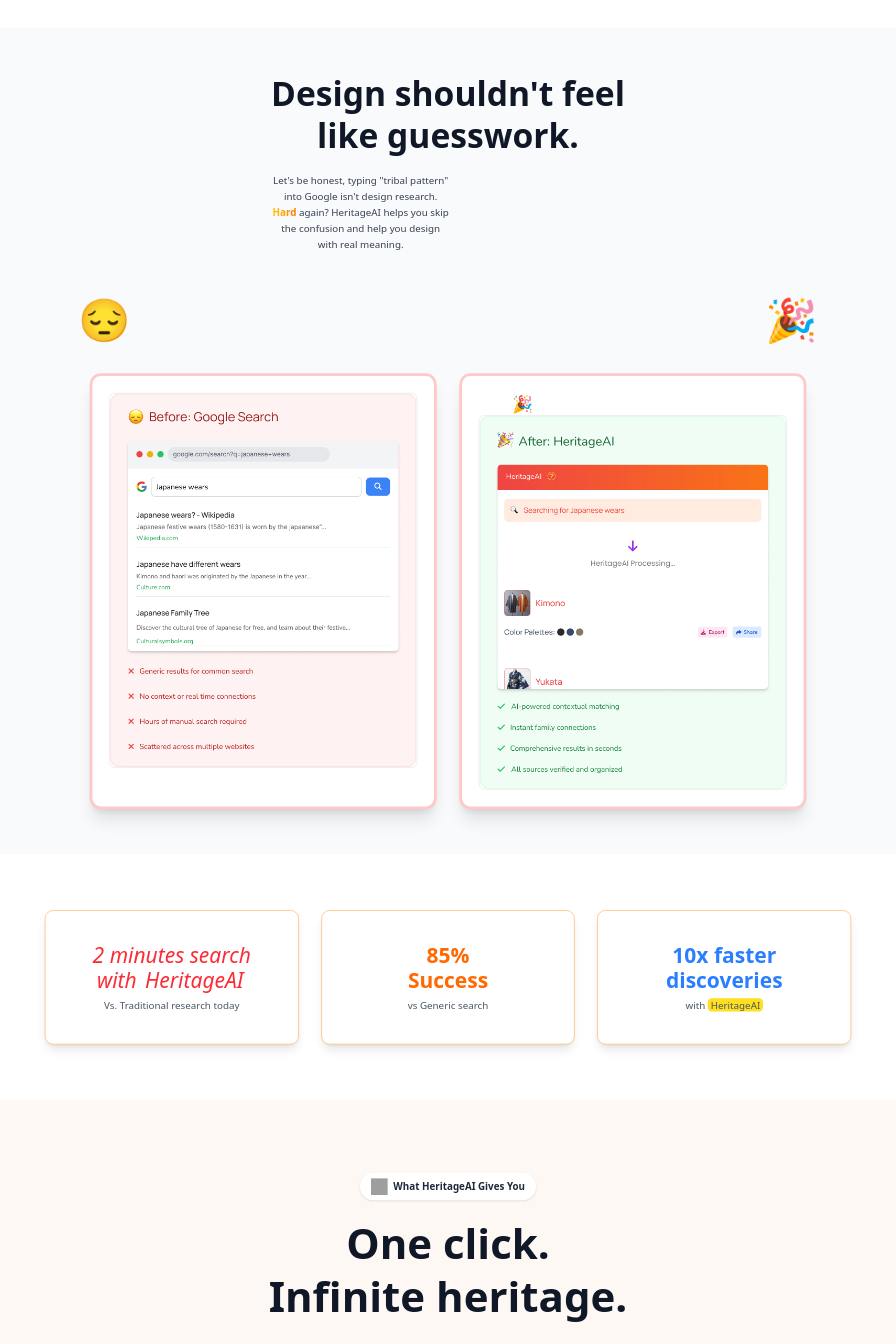
Repository: Em-driod/Heritage
Page: /
These files come from the project's save history. The page is drawn as it stood at one moment and after the next save; the edit follows.
The browser window is 1280 px wide. The pictures show the part of the page from y = 913 to 2833 px (the page is 5857 px tall before and 5831 px after), at 70% of full size.
Pictures or frames that could not be fetched are drawn as grey boxes. The project was rebuilt for these pictures with package versions that can differ from the ones it lists, and the page was loaded fresh each time. Also part of the build but not shown: vite.config.ts.

Above is the page before, as saved 2025-07-08 18:34:58.

### src/App.tsx
// src/App.tsx
import React from 'react';
import { BrowserRouter as Router, Route, Routes } from 'react-router-dom';
import Home from './pages/House';



const App: React.FC = () => {
  return (
    <Router>
      <div>


        <Routes>
          <Route path="/" element={<Home />} />


        </Routes>
      </div>
    </Router>
  );
};

export default App;

### src/pages/House.tsx
import Hero from "../components/Hero"
import Landsecont from "../components/landsecont"
import Landthird from "../components/landthird"
import Landfourth from "../components/landfourth"
import Landfifth from "../components/landfifth"

const Home = () => {
  return (
    <div>
      <Hero />
      <Landsecont />
      <Landthird />
     <Landfourth />
     <Landfifth />
    </div>
  )
}

export default Home

### src/components/Hero.tsx
import React, { useState, useEffect } from 'react';

// Define the type for an asset, which is good practice in TypeScript
interface Asset {
  src: string;
  label: string;
}

const Hero: React.FC = () => {
  const [selectedCulture, setSelectedCulture] = useState<string>('Yoruba'); // Default to Yoruba
  const [isLoading, setIsLoading] = useState<boolean>(false);
  const [generatedAssets, setGeneratedAssets] = useState<Asset[]>([]); // State to hold generated assets
  const [showAmalaSpecificLoading, setShowAmalaSpecificLoading] = useState<boolean>(false); // New state for Amala specific loading

  // Function to simulate fetching assets based on culture
  const fetchGeneratedAssets = (cultureParam: string) => {
    setIsLoading(true); // Set general loading to true when fetching starts

    // Reset Amala specific loading if we're not loading Yoruba or if it's already visible
    // This helps ensure the Amala specific loader doesn't flash if you quickly switch back and forth
    // or if it was still active from a previous load.
    setShowAmalaSpecificLoading(false);


    // Simulate an API call or data loading delay
    setTimeout(() => {
      let assetsData: Asset[] = [];
      if (cultureParam === 'Yoruba') {
        assetsData = [
          { src: "/obatala.png", label: "Obatala" },
          { src: "/amala.png", label: "Amala" },
          { src: "/osun.png", label: "Oshun" },
        ];
      } else if (cultureParam === 'Igbo') {
        assetsData = [
          { src: "/path-to-igbo-asset1.jpg", label: "Odinani" },
          { src: "/path-to-igbo-asset2.jpg", label: "Agbogho Mmuo" },
          { src: "/path-to-igbo-asset3.jpg", label: "Igbo Ukwu" },
        ];
      } else if (cultureParam === 'Japanese') {
        assetsData = [
          { src: "/path-to-japanese-asset1.jpg", label: "Geisha" },
          { src: "/path-to-japanese-asset2.jpg", label: "Samurai" },
          { src: "/path-to-japanese-asset3.jpg", label: "Sakura" },
        ];
      }
      setGeneratedAssets(assetsData);
      setIsLoading(false); // Set general loading to false when fetching completes

      // Trigger Amala specific loading ONLY if Yoruba was selected AND it's the first time
      // or a subsequent load where we want this specific effect.
      if (cultureParam === 'Yoruba') {
        setShowAmalaSpecificLoading(true);
        setTimeout(() => {
          setShowAmalaSpecificLoading(false); // Make it disappear after 2 seconds
        }, 5000); // 2 seconds
      }

    }, 1500); // Simulate 1.5 second general loading time
  };

  // Effect to fetch assets when the component mounts or selectedCulture changes
  useEffect(() => {
    fetchGeneratedAssets(selectedCulture);
  }, [selectedCulture]);

  const handleCultureSelect = (cultureName: string) => {
    setSelectedCulture(cultureName);
  };

  // Skeleton Loader for Generated Assets (general purpose)
  const SkeletonLoader: React.FC = () => (
    <div className="space-y-4">
      {[1, 2, 3].map((_, index) => (
        <div key={index} className="flex items-center justify-between animate-pulse">
          <div className="flex items-center space-x-3">
            <div className="w-12 h-12 rounded-lg bg-gray-200"></div>
            <div className="h-4 bg-gray-200 rounded w-24"></div>
          </div>
          <div className="flex space-x-2">
            <div className="h-8 bg-gray-200 rounded w-16"></div>
            <div className="h-8 bg-gray-200 rounded w-16"></div>
          </div>
        </div>
      ))}
    </div>
  );

  // Specific Amala Loading Component - now with an image!
const AmalaSpecificLoader: React.FC = () => (
  <div className="flex flex-col justify-center bg-gray-50 p-4 rounded-lg border border-gray-200 text-sm text-gray-800 space-y-4">
    <p><span className="font-semibold text-red-500">Symbol:</span> Symbolic of earthiness, heritage, and resilience.</p>
    <p><span className="font-semibold text-red-500 items-start">Color:</span> Dark Brown/Charcoal</p>
    <p><span className="font-semibold text-red-500">Made From:</span> Elubo (yam flour), sometimes cassava flour or plantain.</p>
    <p><span className="font-semibold text-red-500">Regions Known For It:</span> Deeply rooted in Oyo, Osun, Ibadan. Especially beloved in Ibadan, where people.</p>
    <p><span className="font-semibold text-red-500">Enjoyed With:</span> Typically served with ewedu, gbegiri, and obe ata.</p>
    <p className="italic text-gray-600">Sometimes called the “Yoruba national combo.”</p>
  </div>
);



  return (
    <div className="py-4 sm:py-8 md:py-12 lg:py-24">
      <div
        className="relative flex justify-center items-center min-h-screen text-center px-4 sm:px-8 md:px-16 lg:px-24 py-16"
        style={{
          backgroundImage: "url('/hero.png')",
          backgroundSize: "cover",
          backgroundPosition: "center",
          backgroundRepeat: "no-repeat",
        }}
      >
        {/* Optional overlay to add a subtle tint over the background */}
        <div className="absolute inset-0 bg-gradient-to-br from-gray-50 via-white to-purple-50 opacity-80 z-0" />

        {/* Main content wrapper */}
        <div className="relative z-10 container mx-auto flex flex-col lg:flex-row items-center lg:items-start justify-center gap-8 lg:gap-12 max-w-7xl">
          {/* Left Section: Text and Button */}
          <div className="flex flex-col items-center lg:items-start text-center lg:text-left max-w-full lg:max-w-xl px-4 sm:px-0">
            <h1 className="text-4xl md:text-4xl lg:text-5xl font-bold leading-tight text-gray-900 mb-4">
              Ancient Stories.
              <br />Modern Design.
            </h1>
            <p className="text-4xl md:text-4xl lg:text-5xl font-serif italic text-gray-900 mb-8">
              Instantly.
            </p>
            <p className="text-base sm:text-lg text-gray-700 mb-10 max-w-md">
              Bring ancient patterns, bold colors, and deep meaning into every pixel automatically.
            </p>
            <button className="flex items-center px-6 py-3 sm:px-8 sm:py-4 bg-gradient-to-r from-red-500 to-orange-500 text-white font-semibold rounded-lg shadow-lg hover:shadow-xl transition duration-300 transform hover:scale-105">
              <svg className="w-5 h-5 mr-2" fill="currentColor" viewBox="0 0 20 20">
                <path fillRule="evenodd" d="M10 18a8 8 0 100-16 8 8 0 000 16zM9.555 7.168A1 1 0 008 8v4a1 1 0 001.555.832l3-2a1 1 0 000-1.664l-3-2z" clipRule="evenodd" />
              </svg>
              Try Beta Free
            </button>
          </div>

          {/* Right Section: White Card with UI Elements */}
          <div className="bg-white rounded-xl -translate-y-16 shadow-2xl p-6 top-0 sm:p-8 w-full max-w-md lg:max-w-lg mt-8 lg:mt-0">
            <h2 className="text-lg sm:text-xl font-semibold text-gray-800 mb-6">Select Culture</h2>
            <div className="grid grid-cols-2 sm:grid-cols-3 gap-3 mb-8">
              {/* Yoruba Culture Button with Image */}
              <button
                className={`relative flex items-center justify-center p-3 rounded-md text-sm font-medium text-white h-20 overflow-hidden ${selectedCulture === 'Yoruba' ? 'ring-2 ring-purple-500 ring-offset-2' : ''}`}
                onClick={() => handleCultureSelect('Yoruba')}
              >
                <img src="/yoruba.png" alt="Yoruba Culture" className="absolute inset-0 w-full h-full object-cover" />
                <div className="absolute inset-0  bg-opacity-40 flex items-center justify-center">
                  {/* Yoruba */}
                </div>
              </button>

              {/* Igbo Culture Button with Image */}
              <button
                className={`relative flex items-center justify-center p-3 rounded-md text-sm font-medium text-white h-20 overflow-hidden ${selectedCulture === 'Igbo' ? 'ring-2 ring-purple-500 ring-offset-2' : ''}`}
                onClick={() => handleCultureSelect('Igbo')}
              >
                <img src="/igbo.png" alt="Igbo Culture" className="absolute inset-0 w-full h-full object-cover" />
                <div className="absolute inset-0 bg-opacity-40 flex items-center justify-center">
                  {/* Igbo */}
                </div>
              </button>

              {/* Japanese Culture Button with Image */}
              <button
                className={`relative flex items-center justify-center p-3 rounded-md text-sm font-medium text-white h-20 overflow-hidden ${selectedCulture === 'Japanese' ? 'ring-2 ring-purple-500 ring-offset-2' : ''}`}
                onClick={() => handleCultureSelect('Japanese')}
              >
                <img src="/japan.png" alt="Japanese Culture" className="absolute inset-0 w-full h-full object-cover" />
                <div className="absolute inset-0 bg-opacity-40 flex items-center justify-center">
                  {/* Japanese */}
                </div>
              </button>
            </div>

            <div className="flex flex-col items-center mb-6">
              <svg className="w-6 h-6 text-purple-600 mb-2" fill="none" stroke="currentColor" viewBox="0 0 24 24">
                <path strokeLinecap="round" strokeLinejoin="round" strokeWidth="2" d="M19 14l-7 7m0 0l-7-7m7 7V3" />
              </svg>
              <span className="bg-yellow-200 text-yellow-800 text-xs font-semibold px-2.5 py-0.5 rounded-full">Her</span>
            </div>

            <h2 className="text-lg sm:text-xl font-semibold text-gray-800 mb-4">Generated Assets</h2>
            {/* The general skeleton loader still appears first */}
            {isLoading ? (
                 <SkeletonLoader />
            ) : (
              <div className="space-y-4 mb-8">
                {generatedAssets.map((asset) => ( // Changed from { src, label } to asset for clarity
                  <React.Fragment key={asset.label}> {/* Using asset.label for key */}
                    <div className="flex items-center justify-between">
                      <div className="flex items-center space-x-3">
                        <img src={asset.src} alt={asset.label} className="w-12 h-12 rounded-lg object-cover" />
                        <span className="text-gray-800 font-medium">{asset.label}</span>
                      </div>
                      <div className="flex flex-col sm:flex-row space-y-2 sm:space-y-0 sm:space-x-2 text-sm">
                        <button className="px-3 py-1 border border-pink-200 text-pink-600 rounded-md hover:bg-pink-50">Export</button>
                        <button className="px-3 py-1 border border-pink-200 text-pink-600 rounded-md hover:bg-pink-50">Share</button>
                      </div>
                    </div>
                    {/* Insert Amala specific loading image here */}
                    {asset.label === 'Amala' && selectedCulture === 'Yoruba' && showAmalaSpecificLoading && (
                      <AmalaSpecificLoader />
                    )}
                  </React.Fragment>
                ))}
              </div>
            )}

            <h2 className="text-lg sm:text-xl font-semibold text-gray-800 mb-4">Color Palette</h2>
            <div className="flex flex-col sm:flex-row items-center justify-between space-y-4 sm:space-y-0">
              <div className="flex space-x-2">
                <button
                  className="w-8 h-8 rounded-full border border-gray-300 bg-cover bg-center"
                  style={{ backgroundImage: "url('/path-to-yellow-palette-image.png')" }}
                  aria-label="Yellow Color Palette"
                ></button>
                <button
                  className="w-8 h-8 rounded-full border border-gray-300 bg-cover bg-center"
                  style={{ backgroundImage: "url('/path-to-dark-palette-image.png')" }}
                  aria-label="Dark Gray Color Palette"
                ></button>
              </div>
              <div className="flex space-x-2 text-sm">
                <button className="px-3 py-1 border border-pink-200 text-pink-600 rounded-md hover:bg-pink-50">Export</button>
                <button className="px-3 py-1 border border-pink-200 text-pink-600 rounded-md hover:bg-pink-50">Share</button>
              </div>
            </div>
          </div>
        </div>
      </div>
    </div>
  );
};

export default Hero;

### src/components/landsecont.tsx
const Landsecont = () => {
  return (
    <div className="flex flex-col items-center justify-center min-h-screen bg-gray-50 py-16 px-4 sm:px-6 lg:px-8">
      {/* Top Section: Main Heading and Subheading */}
      <div className="text-center mb-16 max-w-4xl mx-auto">
        <h1 className="text-4xl sm:text-5xl lg:text-5xl font-bold text-gray-900 leading-tight">
          Design shouldn't feel
          <br />
          like guesswork.
        </h1>
        <p className="mt-6 text-sm sm:text-sm w-64 text-gray-700 leading-relaxed">
          Let's be honest, typing "tribal pattern" into Google
          isn't design research.
          <span className="font-bold bg-gradient-to-r from-yellow-400 to-orange-500 text-transparent bg-clip-text"> Hard </span>
          again? HeritageAI helps you skip the
          confusion and help you design with real meaning.
        </p>
      </div>

      {/* Middle Section: Emojis */}
      <div className="flex justify-between w-full max-w-5xl px-8 mb-12">
        <span role="img" aria-label="sad face" className="text-6xl -translate-x-12">
          😔
        </span>
        <span role="img" aria-label="party popper" className="text-6xl translate-x-12">
          🎉
        </span>
      </div>

      {/* Bottom Section: Before & After Cards */}
      <div className="flex flex-col lg:flex-row justify-center items-stretch gap-8 w-full max-w-5xl">
        {/* Left Column: Before Google Search */}
        <div className="bg-white rounded-2xl shadow-xl flex-1 border-4 border-red-200 p-6 flex flex-col">

          <img
            src="/afre.png"
            alt="Google Search Screenshot"
            className="rounded-lg border border-gray-200 w-full object-cover"
          />
        </div>

        {/* Right Column: After HeritageAI */}
            <div className="bg-white rounded-2xl shadow-xl flex-1 border-4 border-red-200 p-6 flex flex-col">
                <span role="img" aria-label="party popper" className="text-2xl translate-x-12">
          🎉
        </span>

          <img
            src="/reaf.png"
            alt="Google Search Screenshot"
            className="rounded-lg border border-gray-200 w-full object-cover"
          />
        </div>
      </div>
    </div>
  );
};

export default Landsecont;

### src/components/landthird.tsx


const Landthird = () => {
  return (
    <div className="flex justify-center items-center py-20 px-4 sm:px-6 lg:px-8 bg-white">
      <div className="flex flex-col lg:flex-row items-center justify-center gap-8 w-full max-w-6xl">

        {/* Card 1: 2 minutes search */}
        <div className="flex-1 bg-white border border-orange-300 rounded-xl shadow-lg p-6 text-center h-48 flex flex-col justify-center transition-transform duration-300 hover:scale-105">
          <p className="text-3xl italic  text-red-500 mb-2">
            2 minutes search
            <br />
            with <span className=" px-1 rounded-md">HeritageAI</span>
          </p>
          <p className="text-sm text-gray-600">
            Vs. Traditional research today
          </p>
        </div>

        {/* Card 2: 85% Success */}
        <div className="flex-1 bg-white border border-orange-300 rounded-xl shadow-lg p-6 text-center h-48 flex flex-col justify-center transition-transform duration-300 hover:scale-105">
          <p className="text-3xl font-bold text-orange-500 mb-2">
            85%
            <br />
            Success
          </p>
          <p className="text-sm text-gray-600">
            vs Generic search
          </p>
        </div>

        {/* Card 3: 10x faster discoveries */}
        <div className="flex-1 bg-white border border-orange-300 rounded-xl shadow-lg p-6 text-center h-48 flex flex-col justify-center transition-transform duration-300 hover:scale-105">
          <p className="text-3xl font-bold text-blue-500 mb-2">
            10x faster
            <br />
            discoveries
          </p>
          <p className="text-sm text-gray-600">
            with <span className="bg-yellow-300 px-1 rounded-md">HeritageAI</span>
          </p>
        </div>

      </div>
    </div>
  );
};

export default Landthird;

### src/components/landfourth.tsx


const Landfourth = () => {
  return (
    <div className="bg-[#fef8f5] min-h-screen flex flex-col items-center justify-center py-20 px-4 sm:px-6 lg:px-8">
      {/* Top Section: What HeritageAI Gives You */}
      <div className="text-center mb-16">
        <div className="inline-flex items-center bg-white rounded-full py-2 px-4 shadow-sm mb-6">
          <img
            src="/path-to-heritageai-icon.png" // Placeholder, replace with your actual icon path
            alt="HeritageAI Icon"
            className="w-6 h-6 mr-2"
          />
          <span className="text-sm font-semibold text-gray-800">What HeritageAI Gives You</span>
        </div>
        <h1 className="text-5xl sm:text-6xl font-bold text-gray-900 leading-tight">
          One click.
          <br />
          Infinite heritage.
        </h1>
      </div>

      {/* Cards Section */}
      <div className="grid grid-cols-1 md:grid-cols-2 lg:grid-cols-4 gap-8 max-w-6xl w-full">

        {/* Card 1: Design kits */}
        <div className="bg-white rounded-2xl shadow-lg p-6 flex flex-col items-start text-left">
          <img
            src="/path-to-design-kits-icon.png" // Placeholder, replace with your actual icon path
            alt="Design kits icon"
            className="w-12 h-12 mb-4"
          />
          <h3 className="text-xl font-semibold text-gray-900 mb-2">Design kits</h3>
          <p className="text-gray-600 text-sm mb-4">
            Ready to use palettes, icons
            <br />
            textures
          </p>
          <div className="flex space-x-2 mt-auto">
            <div className="w-8 h-8 rounded-full bg-pink-500 border-2 border-white shadow"></div>
            <div className="w-8 h-8 rounded-full bg-cyan-500 border-2 border-white shadow"></div>
            <div className="w-8 h-8 rounded-full bg-purple-500 border-2 border-white shadow"></div>
          </div>
        </div>

        {/* Card 2: Cultural Context */}
        <div className="bg-white rounded-2xl shadow-lg p-6 flex flex-col items-start text-left">
          <img
            src="/path-to-cultural-context-icon.png" // Placeholder, replace with your actual icon path
            alt="Cultural Context icon"
            className="w-12 h-12 mb-4"
          />
          <h3 className="text-xl font-semibold text-gray-900 mb-2">Cultural Context</h3>
          <p className="text-gray-600 text-sm mb-4">
            Every visual comes with a short
            <br />
            short or symbol meaning
          </p>
          <div className="flex items-center text-gray-700 font-medium mt-auto">
            <svg className="w-5 h-5 mr-2 text-gray-500" fill="currentColor" viewBox="0 0 20 20" xmlns="http://www.w3.org/2000/svg">
              <path fillRule="evenodd" d="M4 4a2 2 0 012-2h4.586A2 2 0 0112 2.414L14.586 5A2 2 0 0115 6.414V16a2 2 0 01-2 2H6a2 2 0 01-2-2V4zm2 6a1 1 0 011-1h6a1 1 0 110 2H7a1 1 0 01-1-1zm1 3a1 1 0 100 2h6a1 1 0 100-2H7z" clipRule="evenodd"></path>
            </svg>
            Rich storytelling
          </div>
        </div>

        {/* Card 3: Export Ready */}
        <div className="bg-white rounded-2xl shadow-lg p-6 flex flex-col items-start text-left">
          <img
            src="/path-to-export-ready-icon.png" // Placeholder, replace with your actual icon path
            alt="Export Ready icon"
            className="w-12 h-12 mb-4"
          />
          <h3 className="text-xl font-semibold text-gray-900 mb-2">Export Ready</h3>
          <p className="text-gray-600 text-sm mb-4">
            Use in Figma, Canva, Webflow,
            <br />
            or even download
          </p>
          <div className="flex space-x-2 mt-auto">
            <img src="/path-to-figma-icon.png" alt="Figma icon" className="w-8 h-8" /> {/* Placeholder */}
            <img src="/path-to-canva-icon.png" alt="Canva icon" className="w-8 h-8" /> {/* Placeholder */}
            <img src="/path-to-webflow-icon.png" alt="Webflow icon" className="w-8 h-8" /> {/* Placeholder */}
          </div>
        </div>

        {/* Card 4: More Than Visuals */}
        <div className="bg-white rounded-2xl shadow-lg p-6 flex flex-col items-start text-left">
          <img
            src="/path-to-more-than-visuals-icon.png" // Placeholder, replace with your actual icon path
            alt="More Than Visuals icon"
            className="w-12 h-12 mb-4"
          />
          <h3 className="text-xl font-semibold text-gray-900 mb-2">More Than Visuals</h3>
          <p className="text-gray-600 text-sm mb-4">
            Build brand identity rooted in
            <br />
            something real.
          </p>
          <div className="flex items-center text-gray-700 font-medium mt-auto">
            <svg className="w-5 h-5 mr-2 text-gray-500" fill="currentColor" viewBox="0 0 20 20" xmlns="http://www.w3.org/2000/svg">
              <path fillRule="evenodd" d="M10 18a8 8 0 100-16 8 8 0 000 16zm3.707-9.293a1 1 0 00-1.414-1.414L9 10.586 7.707 9.293a1 1 0 00-1.414 1.414l2 2a1 1 0 001.414 0l4-4z" clipRule="evenodd"></path>
            </svg>
            Authentic foundations
          </div>
        </div>

      </div>
    </div>
  );
};

export default Landfourth;

Loaded but not shown: index.html (common file); src/main.tsx (common file); src/index.css (common file); src/components/landfifth.tsx (203 lines, source omitted)

After the next save:
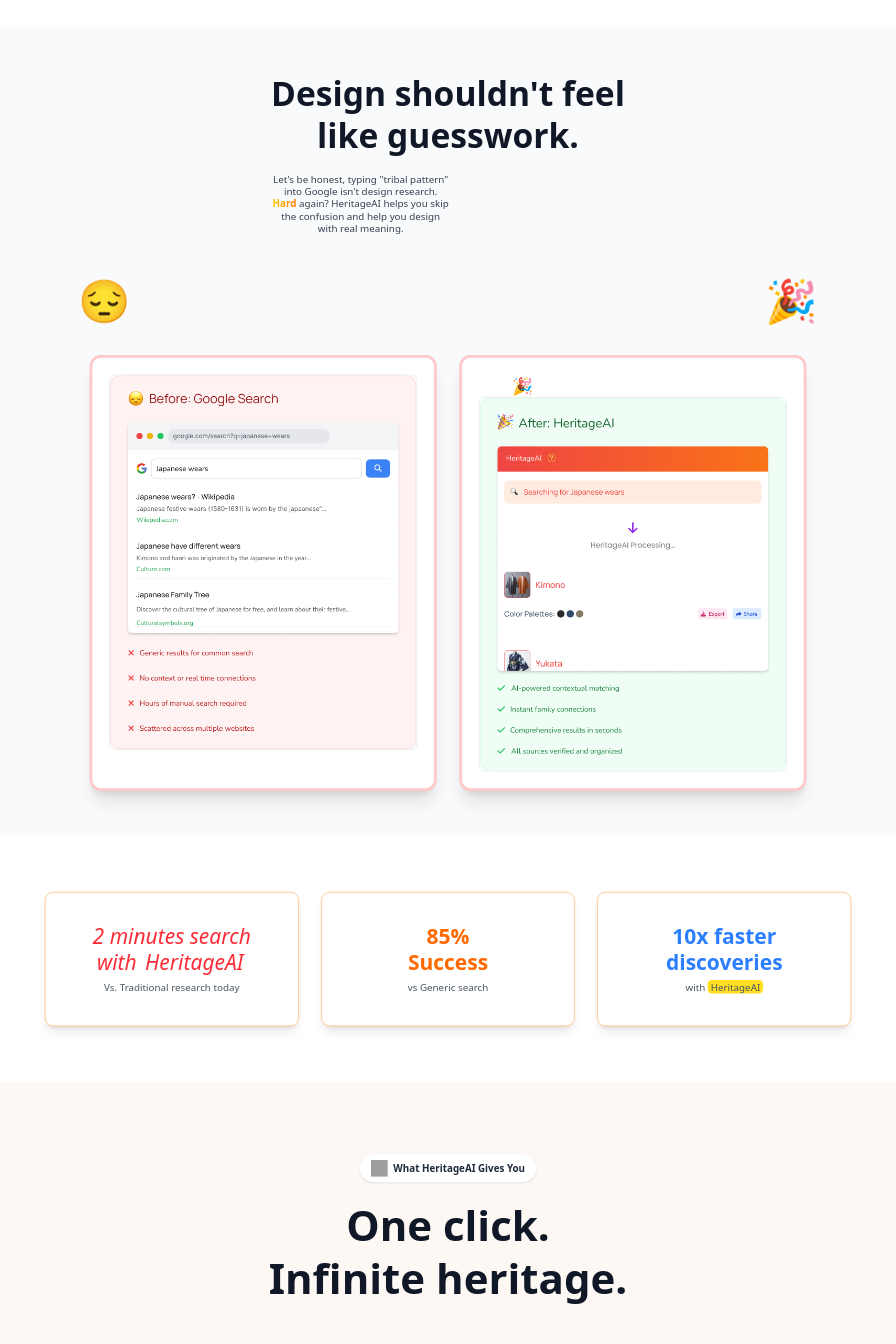
Saved 106 s later.
--- a/src/components/landsecont.tsx
+++ b/src/components/landsecont.tsx
@@ -8,7 +8,7 @@
           <br />
           like guesswork.
         </h1>
-        <p className="mt-6 text-sm sm:text-sm w-64 text-gray-700 leading-relaxed">
+        <p className="mt-6 text-sm sm:text-sm w-64 text-gray-700 leading-tight">
           Let's be honest, typing "tribal pattern" into Google
           isn't design research.
           <span className="font-bold bg-gradient-to-r from-yellow-400 to-orange-500 text-transparent bg-clip-text"> Hard </span>
